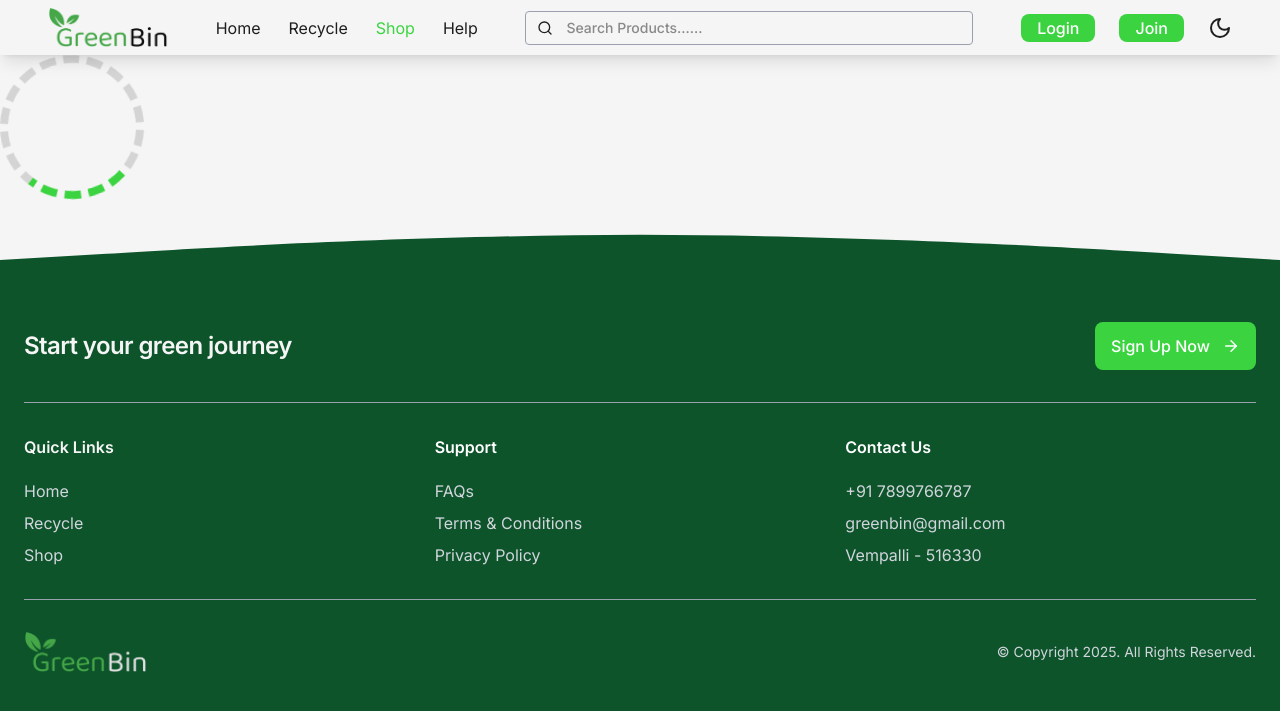
Repository: Siddhu123456/Plastic-Waste-Management
Page: /shop (app in frontend/)
An editor plug-in stored every save of this project. The page is shown before and after the next save, followed by the edit.
The browser window is 1280 px wide. The pictures show the whole page.
The page's requests for data from a server got no answer. The project was rebuilt for these pictures with package versions that can differ from the ones it lists, and the page was loaded fresh each time. No one was signed in, and anything a server would have sent is missing. Also part of the build but not shown: frontend/vite.config.js, frontend/src/components/ProductCard.jsx, frontend/src/components/TrendingProductsCarousel.jsx, frontend/src/pages/Home.jsx, frontend/src/components/FilterBar.jsx, frontend/src/pages/customer/Recycle.jsx, frontend/src/components/CartItemCard.jsx, frontend/src/pages/customer/Cart.jsx and 14 more. Imported but missing from the stored project, and not drawn on this page: frontend/src/pages/Help, frontend/src/pages/customer/WishList.

Above is the page before, as saved 2025-05-06 16:26:38.

After the next save:
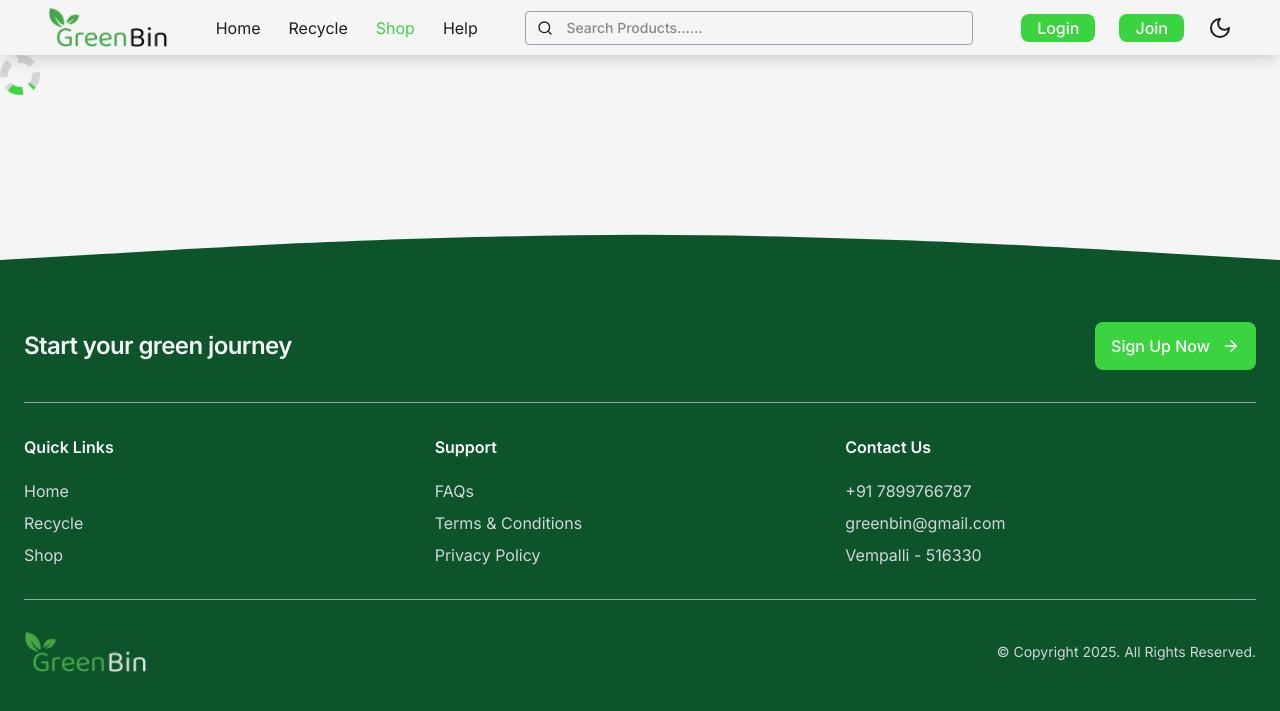
Saved 2 min 24 s later.
--- a/frontend/src/components/Loader.jsx
+++ b/frontend/src/components/Loader.jsx
@@ -2,7 +2,7 @@ import React from 'react'
 
 const Loader = () => {
   return (
-    <div class="w-36 h-36 border-8 border-dashed rounded-full border-neutral-300 border-t-lgg animate-spin">
+    <div class="w-10 h-10 border-8 border-dashed rounded-full border-neutral-300 border-t-lgg animate-spin">
   </div>
   )
 }
